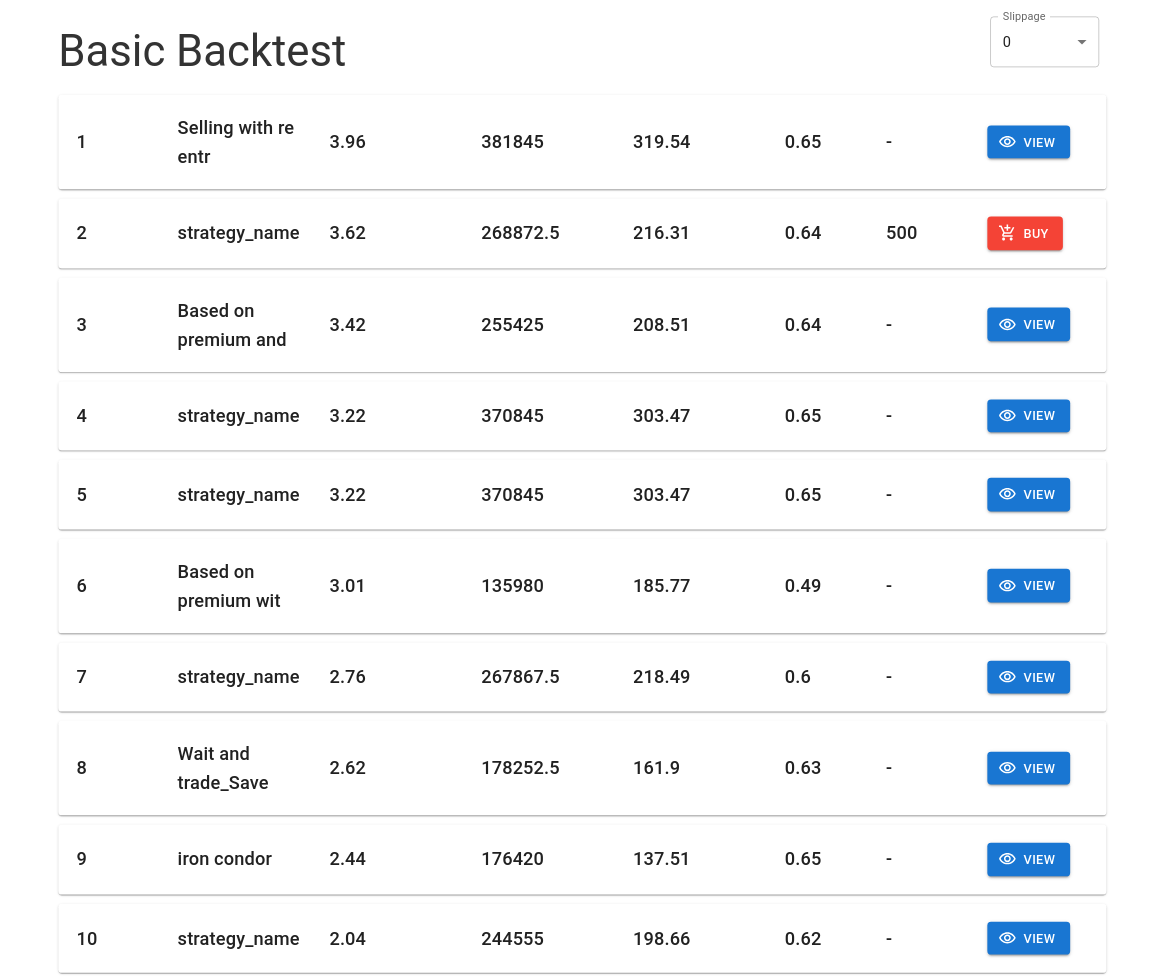
Repository: PraTEEkgUpTa2/Leaderboard
Page: /
The author's editor kept a copy of each file at every save. The page is drawn from the files as they stood at one save, then again after the next save.
The browser window is 1280 px wide. The pictures show the whole page, at 91% of full size.
The project was rebuilt for these pictures with package versions that can differ from the ones it lists, and the page was loaded fresh each time. Also part of the build but not shown: src/App.css.

Above is the page before, as saved 2024-05-28 13:47:51.

After the next save:
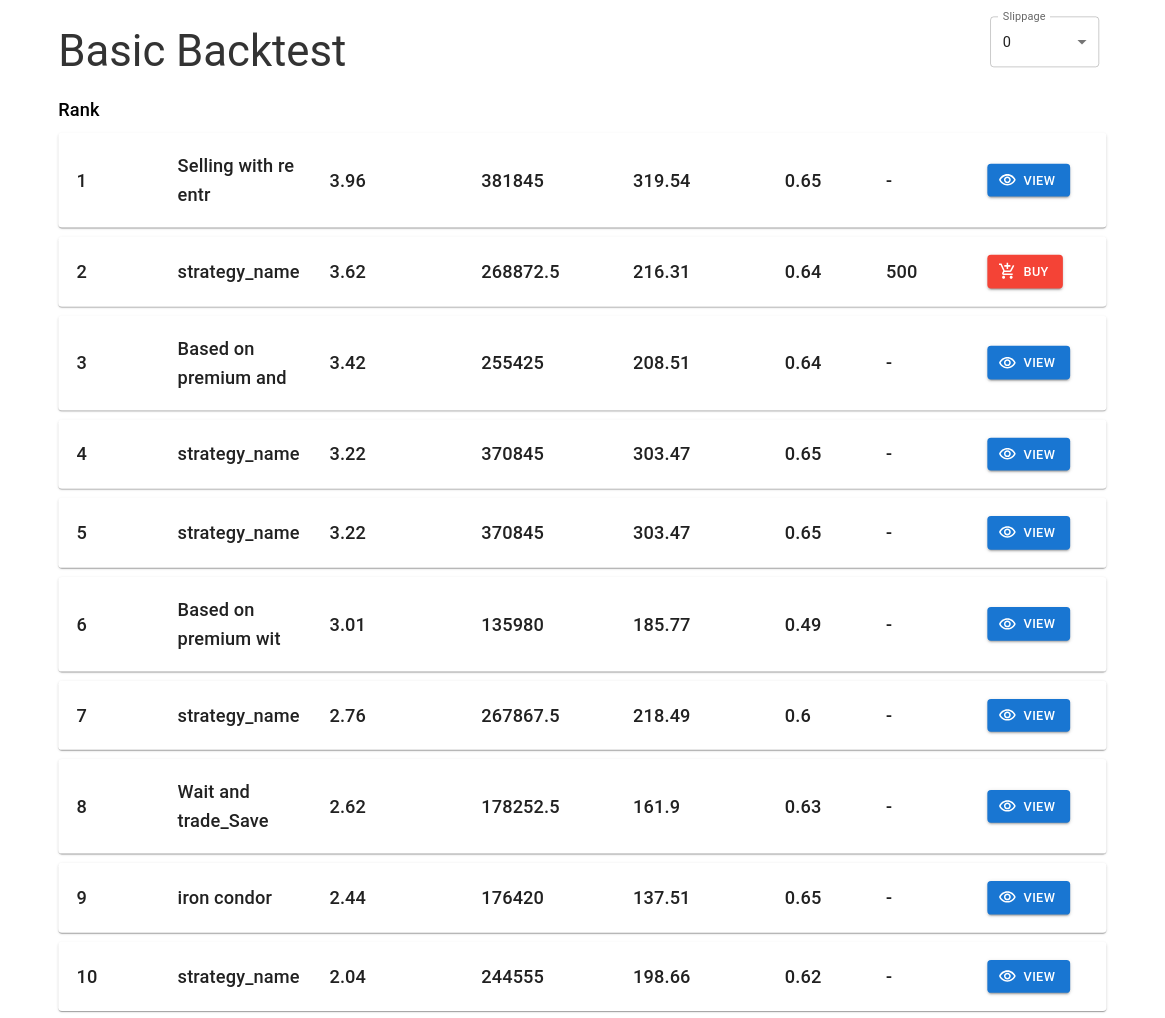
Saved 3 min 27 s later.
--- a/src/Leaderboard.js
+++ b/src/Leaderboard.js
@@ -83,6 +83,9 @@ const Leaderboard = () => {
         </FormControl>
       </Box>
       <TabContainer>
+      <Box flexBasis="10%">
+              <Typography variant="h6">Rank</Typography>
+            </Box>
         {data.map((row) => (
           <Tab key={row.Rank} onClick={() => handleRowClick(row)}>
             <Box flexBasis="10%">
